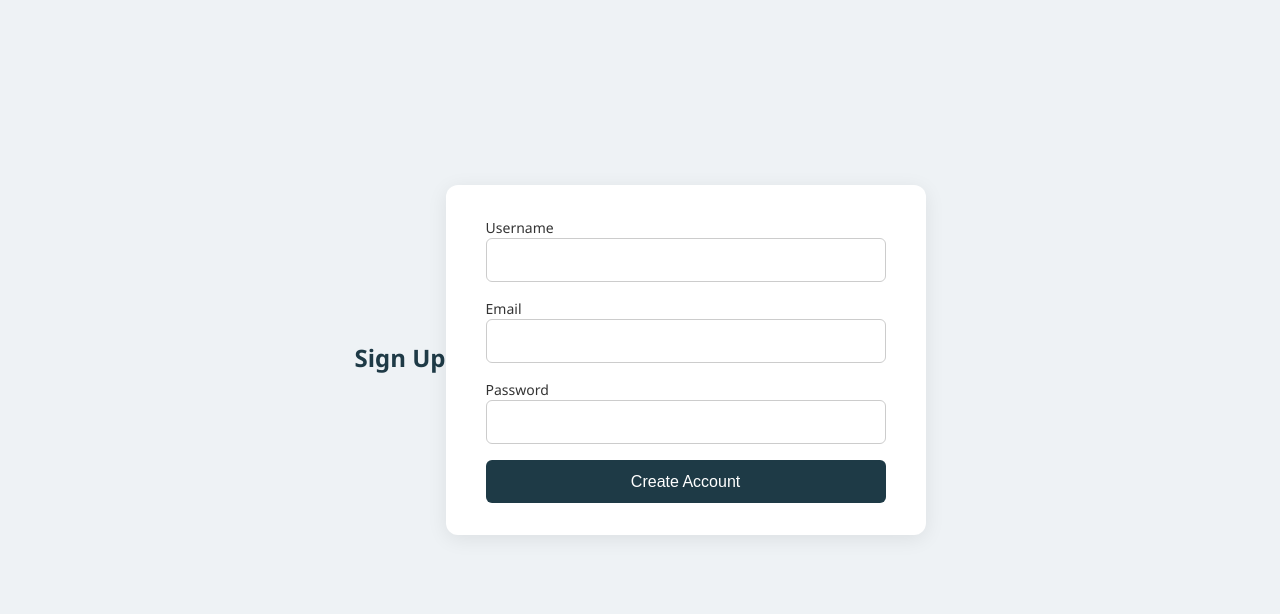
Repository: AUTemmie/Assessment-Task-3
Page: http://localhost/signup
The author's editor kept a copy of each file at every save. The page is drawn from the files as they stood at one save, then again after the next save.
The browser window is 1280 px wide. The pictures show the whole page.
The page is served by the project's application, run on Flask 3 (main.py). Other server files are loaded and not shown.

Above is the page before, as saved 2025-10-15 14:41:31.

### templates/signup.html
{% extends "layout.html" %} {% block content %}
<main class="signup-page">
  <h2 class="page-title">Sign Up</h2>

  <form method="POST" action="/signup" class="signup-form">
    <label>
      Username
      <input type="text" name="first_name" required />
    </label>

    <label>
      Email
      <input type="email" name="email" required />
    </label>

    <label>
      Password
      <input type="password" name="password" required />
    </label>

    <button type="submit">Create Account</button>
  </form>

  {% if message %}
  <p style="color: red">{{ message }}</p>
  {% endif %}
</main>
{% endblock %}

### templates/layout.html
<!DOCTYPE html>
<html lang="en">
  <head>
    <meta charset="UTF-8" />
    <meta name="viewport" content="width=device-width, initial-scale=1.0" />
    <meta http-equiv="X-UA-Compatible" content="ie=edge" />

    <!-- ✅ Allow inline scripts -->
    <meta
      http-equiv="Content-Security-Policy"
      content="script-src 'self' 'unsafe-inline';"
    />

    <link
      rel="stylesheet"
      href="{{ url_for('static', filename='css/style.css') }}"
    />
    <link
      rel="icon"
      type="image/x-icon"
      href="{{ url_for('static', filename='images/Favicon.png') }}"
    />
    <title>{% block title %}Minopus{% endblock %}</title>
  </head>
  <body class="theme-red {% if hide_layout %}no-sidebars{% endif %}">
    <div class="dashboard-grid">
      {% if not hide_layout %}
      <!-- Left Sidebar -->
      {% include "partials/sidebar.html" %} {% endif %}

      <!-- Main Content -->
      <main class="main-panel">{% block content %}{% endblock %}</main>

      {% if not hide_layout %}
      <!-- Right Sidebar -->
      {% include "partials/notifications.html" %} {% endif %}
    </div>

    <script src="{{ url_for('static', filename='js/app.js') }}"></script>
  </body>
</html>

### main.py
from flask import Flask, render_template, request, redirect, session, url_for
import database_manager as dbHandler
from datetime import datetime
import sqlite3 as sql

app = Flask(__name__)
app.secret_key = "key"


db = dbHandler.DBManager()


@app.route("/signup", methods=["GET", "POST"])
def signup():
    if request.method == "POST":
        first_name = request.form["first_name"]
        email = request.form["email"]
        password = request.form["password"]

        # Check if user exists
        existing = db.get_user_by_first_name(first_name)
        if existing:
            return render_template("signup.html", message="Username already exists")

        # Add user
        con = sql.connect(db.dbPath)
        cur = con.cursor()
        cur.execute(
            "INSERT INTO users (first_name, email, password) VALUES (?, ?, ?)",
            (first_name, email, password),
        )
        con.commit()
        con.close()

        return redirect(url_for("login"))

    return render_template("signup.html", hide_layout=True)


@app.context_processor
def inject_notifications():
    friends = [
        {"id": 1, "name": "Rishit Prasad", "description": "Stinking up the room"},
        {
            "id": 2,
            "name": "Sebastion Kameron",
            "description": "Playing plague inc in class",
        },
        {"id": 3, "name": "David Koh", "description": "Working at mcdonalds"},
    ]

    current_time = datetime.now().strftime("%I:%M %p")

    return dict(
        friends=friends,
        current_time=current_time,
    )


@app.route("/", methods=["GET"])
@app.route("/index.html", methods=["GET"])
def index():
    if "username" not in session:
        return redirect("/Login")

    user = db.get_user_by_first_name(session["username"])

    if not user:
        return redirect("/Login")

    first_name = user["first_name"]
    last_name = user.get("last_name", "")

    return render_template("index.html", first_name=first_name, last_name=last_name)


@app.route("/chat", methods=["GET"])
def chat():
    if "username" not in session:
        return redirect("/Login")

    messages = db.get_messages()
    return render_template("chat.html", messages=messages)


@app.route("/send_message", methods=["POST"])
def send_message():
    if "username" not in session:
        return redirect("/Login")

    sender = session["username"]
    text = request.form["message"]
    time = datetime.now().strftime("%Y-%m-%d %H:%M:%S")

    db.add_message(sender, text, time)
    return redirect(url_for("chat"))


@app.route("/friends")
def friends_page():
    if "username" not in session:
        return redirect("/Login")
    return render_template("friends.html")


@app.route("/resources")
def resources():
    if "username" not in session:
        return redirect("/Login")
    return render_template("resource.html")


@app.route("/settings")
def settings():
    if "username" not in session:
        return redirect("/Login")
    return render_template("settings.html")


@app.route("/Login", methods=["GET", "POST"])
def login():
    if request.method == "POST":
        username = request.form["username"]
        password = request.form["password"]

        user = db.get_user_by_first_name(username)

        if user:
            if password == user["password"]:
                session["username"] = user["first_name"]
                return redirect("/")
            else:
                error = "Incorrect password"
        else:
            error = "Username not found"

        return render_template("Login.html", error=error, hide_layout=True)

    return render_template("Login.html", hide_layout=True)


@app.route("/logout")
def logout():
    session.pop("username", None)
    return redirect("/Login")


if __name__ == "__main__":
    app.run(debug=True, host="0.0.0.0", port=5000)

### static/css/style.css
/* === RESET & BASE === */
body {
  margin: 0;
  font-family: "Segoe UI", sans-serif;
  background-color: #eef2f5;
  color: #2c3e50;
  line-height: 1.5;
}

/* === DASHBOARD GRID === */
.dashboard-grid {
  display: grid;
  grid-template-columns: 240px 1fr 300px;
  grid-template-rows: 100vh;
  overflow: hidden;
}

/* === SIDEBAR === */
.sidebar {
  background: linear-gradient(180deg, #224e5f, #183441);
  color: #fff;
  padding: 20px;
  display: flex;
  flex-direction: column;
}

.sidebar .logo {
  display: flex;
  align-items: center;
  gap: 10px;
  font-size: 22px;
  font-weight: bold;
  margin-bottom: 40px;
}

.sidebar ul {
  list-style: none;
  padding: 0;
  margin: 0;
}

.sidebar li {
  margin: 12px 0;
}

.sidebar a {
  display: block;
  padding: 12px 15px;
  border-radius: 8px;
  text-decoration: none;
  background: rgba(255, 255, 255, 0.1);
  color: #fff;
  font-weight: 500;
  transition: 0.25s ease;
}

.sidebar a:hover {
  background: rgba(255, 255, 255, 0.25);
}

/* === MAIN PANEL === */
.main-panel {
  display: flex;
  flex-direction: column;
  padding: 40px;
  background-color: #eef2f5;
  height: 100vh;
  box-sizing: border-box;
  overflow: hidden;
}

.main-panel h1 {
  margin: 0 0 20px;
  font-size: 28px;
  font-weight: 600;
}

/* === HIDE SIDE BARS (LOGIN/SIGNUP) === */
body.no-sidebars .dashboard-grid {
  grid-template-columns: 1fr;
}

body.no-sidebars .sidebar,
body.no-sidebars .notifications {
  display: none !important;
}

/* === LOGIN & SIGNUP SHARED STYLES === */
.auth-container {
  max-width: 400px;
  margin: 8vh auto;
  background: #ffffff;
  padding: 2rem 2.5rem;
  border-radius: 10px;
  box-shadow: 0 4px 20px rgba(0, 0, 0, 0.1);
}

.auth-container h2 {
  text-align: center;
  margin-bottom: 1.5rem;
  color: #1e3a46;
  font-weight: 600;
}

.form-group,
.signup-form label {
  display: block;
  margin-bottom: 1rem;
  text-align: left;
  font-size: 14px;
  color: #333;
  font-weight: 500;
}

.form-group input,
.signup-form input {
  width: 100%;
  padding: 0.75rem;
  border: 1px solid #ccc;
  border-radius: 6px;
  font-size: 1rem;
  transition: border-color 0.2s ease;
  box-sizing: border-box;
}

.form-group input:focus,
.signup-form input:focus {
  border-color: #1e3a46;
  outline: none;
}

/* === BUTTON === */
button[type="submit"],
.signup-form button {
  width: 100%;
  padding: 0.8rem;
  background-color: #1e3a46;
  color: #fff;
  font-size: 1rem;
  border: none;
  border-radius: 6px;
  cursor: pointer;
  transition: background-color 0.2s ease;
}

button[type="submit"]:hover,
.signup-form button:hover {
  background-color: #254b57;
}

/* === ERROR MESSAGE === */
.error,
.signup-page p[style*="color: red"] {
  color: #d9534f !important;
  text-align: center;
  margin-bottom: 1rem;
  font-weight: 500;
}

/* === SIGNUP PAGE SPECIFIC === */
.signup-page {
  display: flex;
  justify-content: center;
  align-items: center;
  height: 100vh;
  background-color: #eef2f5;
}

.signup-form {
  background: #ffffff;
  padding: 2rem 2.5rem;
  border-radius: 12px;
  box-shadow: 0 4px 20px rgba(0, 0, 0, 0.08);
  width: 100%;
  max-width: 400px;
}

.signup-page .page-title {
  text-align: center;
  margin-bottom: 1.5rem;
  color: #1e3a46;
  font-weight: 600;
}

/* === LOGIN / SIGNUP LINK === */
.signup-link {
  text-align: center;
  margin-top: 1rem;
  color: #333;
  font-size: 14px;
}

.signup-link a {
  color: #1e3a46;
  text-decoration: none;
  font-weight: 500;
}

.signup-link a:hover {
  text-decoration: underline;
}

### static/js/app.js
if ("serviceworker" in navigator) {
  window.addEventListener("load", function () {
    navigator.serviceworker
      .register("static/js/serviceworker.js")
      .then((res) => console.log("service worker registered"))
      .catch((err) => console.log("service worker not registered", err));
  });
}

After the next save:
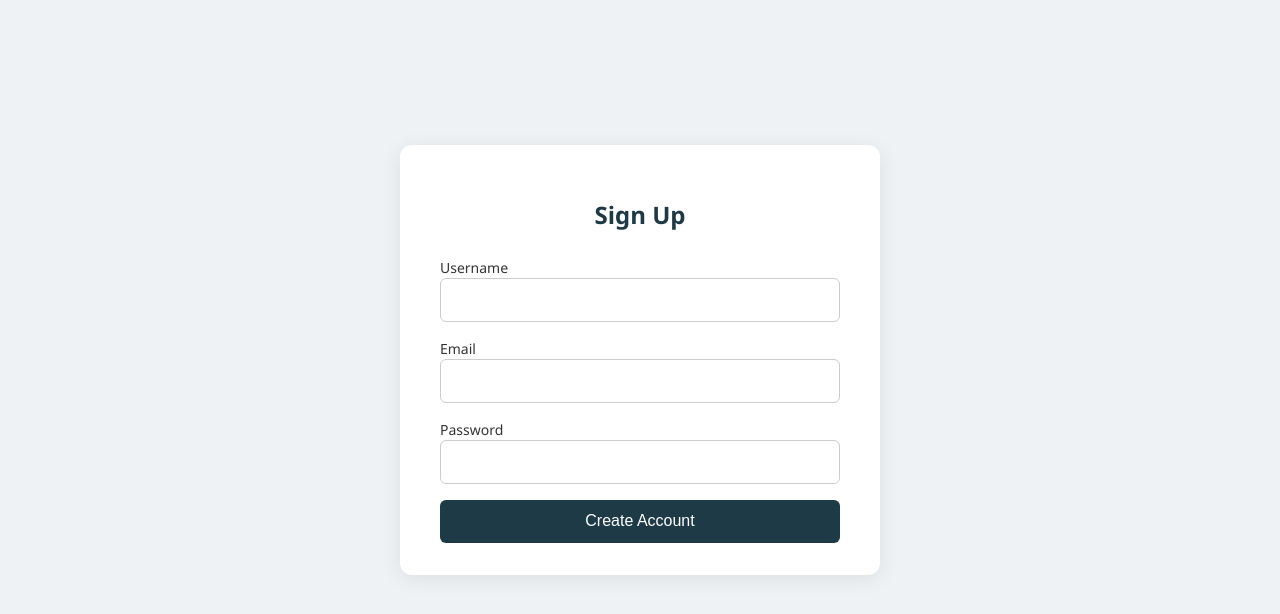
Saved 68 s later.
--- a/templates/signup.html
+++ b/templates/signup.html
@@ -1,8 +1,8 @@
 {% extends "layout.html" %} {% block content %}
 <main class="signup-page">
-  <h2 class="page-title">Sign Up</h2>
+  <form method="POST" action="/signup" class="signup-form">
+    <h2 class="page-title">Sign Up</h2>
 
-  <form method="POST" action="/signup" class="signup-form">
     <label>
       Username
       <input type="text" name="first_name" required />
@@ -19,10 +19,10 @@
     </label>
 
     <button type="submit">Create Account</button>
+
+    {% if message %}
+    <p style="color: red">{{ message }}</p>
+    {% endif %}
   </form>
-
-  {% if message %}
-  <p style="color: red">{{ message }}</p>
-  {% endif %}
 </main>
 {% endblock %}
